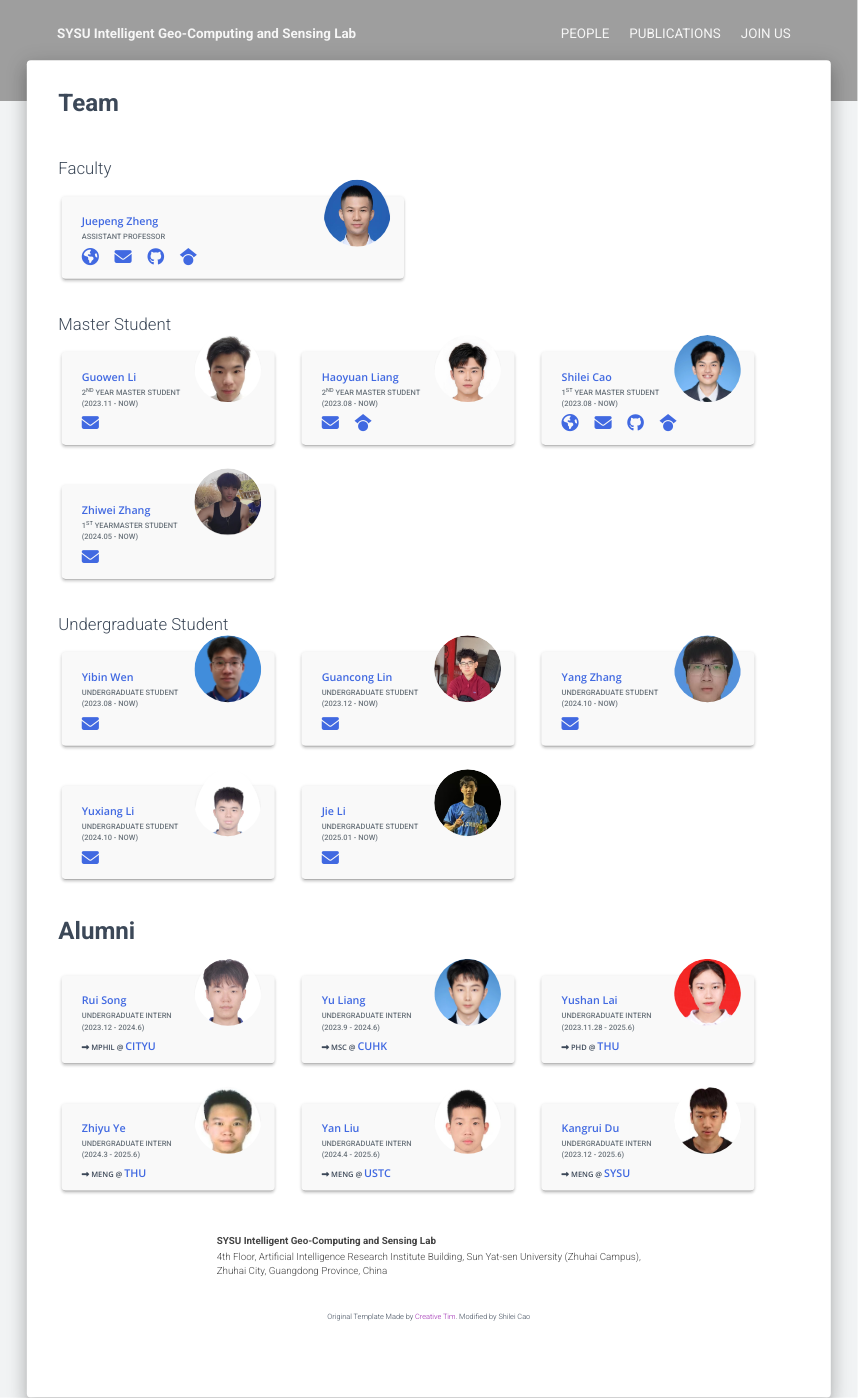
Repository: rssysu/rssysu.github.io
Page: people.html
These files come from the project's save history. The page is drawn as it stood at one moment and after the next save; the edit follows.
The browser window is 1280 px wide. The pictures show the whole page, at 67% of full size.
Pictures or frames that could not be fetched are drawn as grey boxes. Some web libraries are served in a nearby version.

Above is the page before, as saved 2025-05-31 13:28:19.

After the next save:
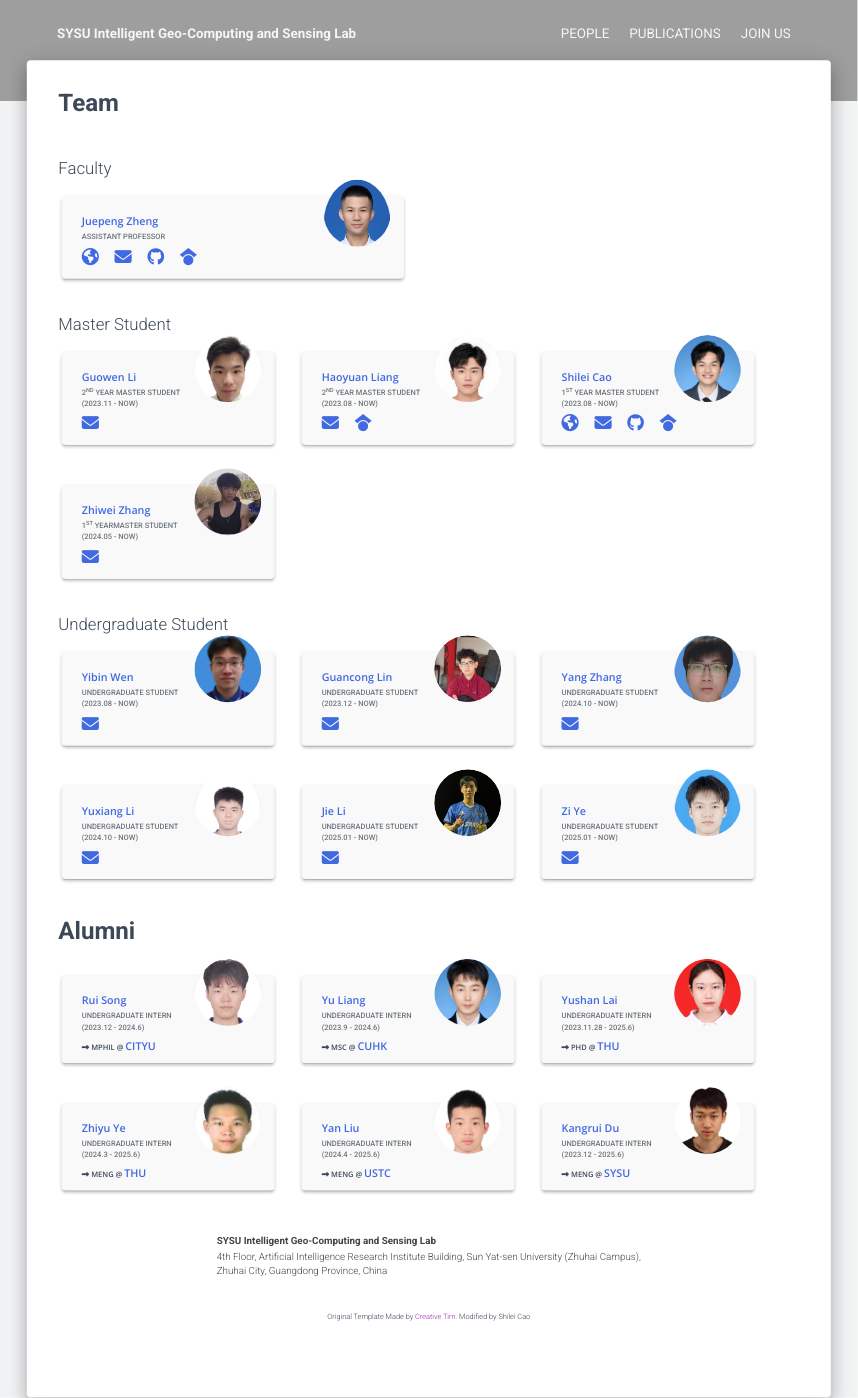
Saved 34 min 17 s later.
--- a/people.html
+++ b/people.html
@@ -214,6 +214,21 @@
                           <h4 class="card-title"> <a href="./assets/resume/lj.html" target="_blank"> Jie Li </a></h4>
                           <h6 class="card-subtitle mb-2 text-muted">Undergraduate Student <br> (2025.01 - Now)</h6>
 
+                            <a href="mailto:yezi27@mail2.sysu.edu.cn" class="card-link"><i class="fa fa-envelope fa-2x" aria-hidden="true"></i></a>
+
+                    </div>
+                </div>
+
+                <div class="card" style="width: 28%;">
+                    <div class="card-body">
+                          <div class="author">
+                              <div class="avatar">
+                                  <img src="./assets/img/kit/faces/yezi.jpg" class="img-raised rounded-circle img-fluid"/>
+                              </div>
+                          </div>
+                          <h4 class="card-title"> <a href="./assets/resume/yezi.html" target="_blank"> Zi Ye </a></h4>
+                          <h6 class="card-subtitle mb-2 text-muted">Undergraduate Student <br> (2025.01 - Now)</h6>
+
                             <a href="mailto:lijie293@mail2.sysu.edu.cn" class="card-link"><i class="fa fa-envelope fa-2x" aria-hidden="true"></i></a>
 
                     </div>
